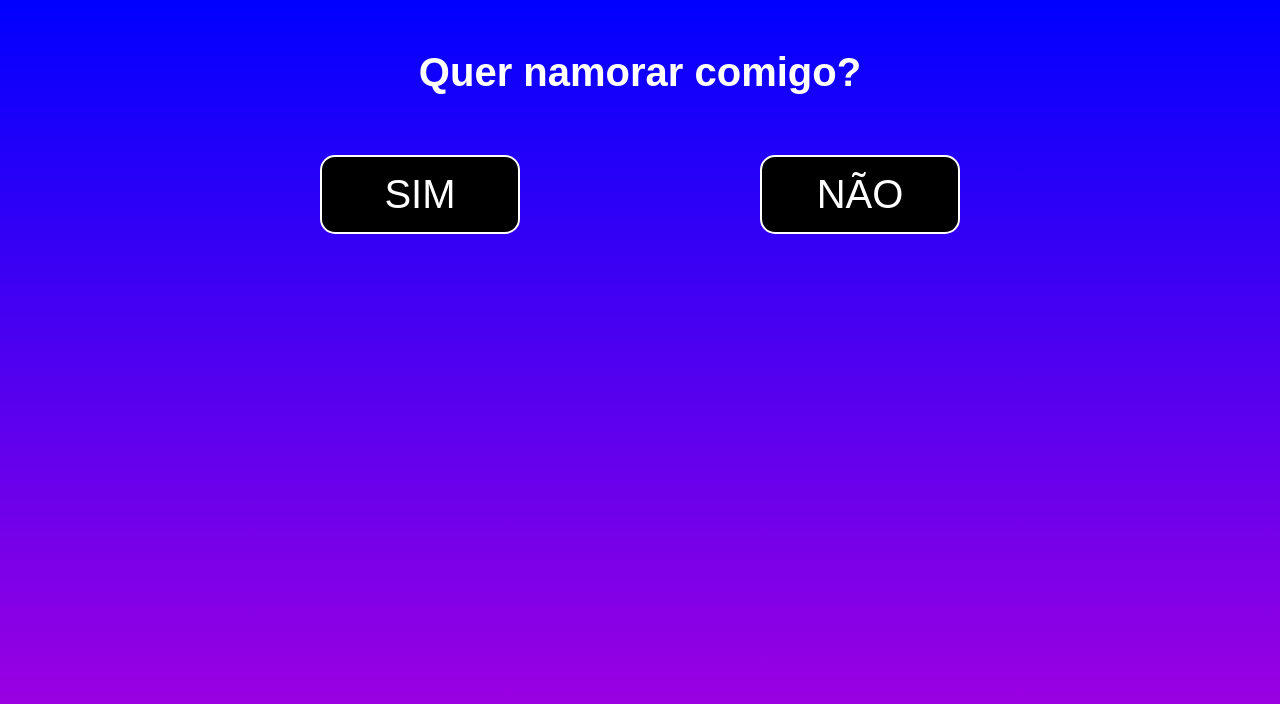
Repository: Matheus904-12/Namorar-
Page: index.html
The author's editor kept a copy of each file at every save. The page is drawn from the files as they stood at one save, then again after a run of saves.
The browser window is 1280 px wide. The pictures show the whole page.

Above is the page before, as saved 2023-08-28 23:28:50.

### index.html
<!DOCTYPE html>
<html lang="en">

<head>
    <meta charset="UTF-8">
    <meta name="viewport" content="width=device-width, initial-scale=1.0">
    <title>Sim</title>

    <style>
        * {
            margin: 0;
            border: 0;
            padding: 0;
            box-sizing: border-box;
        }

        body {
            background: linear-gradient(blue, rgb(158, 0, 225));
            background-repeat: no-repeat;
            background-attachment: fixed;
        }

        .btn {
            color: #fff;
            background-color: #000;
            font: 300 40px 'Poppins', sans-serif;
            padding: 15px 30px;

            width: 200px;
            border-radius: 15px;
            border: 2px solid #fff;
            margin: 10px;

            cursor: pointer;
            transition: ease-in-out 0.3s;

            display: flex;
            align-items: center;
            justify-content: center;
        }

        .tituloPrincipal {
            font: 700 40px 'Poppins', sans-serif;
            color: #fff;
        }

        .titulo {
            text-align: center;
            margin: 50px 0;
        }

        .botoes {
            display: flex;
            justify-content: space-around;
            margin: 0 200px;
        }

        @media screen and (max-width: 768px) {
            .btn {
                display: flex;
                width: 100px;
                font: 300 30px 'Poppins', sans-serif;
            }

            .botoes {
                display: flex;
            }
        }
    </style>
    <script>
        function sim() {
            location.href = 'https://www.youtube.com/watch?v=0VAAS9xnS5U';
        }

        function esquivo(btn) {
            btn.style.position = 'absolute';
            btn.style.bottom = posicao(10, 80);
            btn.style.left = posicao(10, 80);
        }

        function posicao(min, max) {
            return (Math.random() * (max - min + min)) + "%"
        }
    </script>
</head>

<body>
    <div class="titulo">
        <h1 class="tituloPrincipal">Quer namorar comigo?</h1>
    </div>

    <div class="botoes">
        <div class="botaoS">
            <button class="btn" onclick="sim()">SIM</button>
        </div>
        <div class="botaoN">
            <button class="btn" onclick="esquivo(this)" onmouseover="esquivo(this)">NÃO</button>
        </div>
    </div>

</body>

</html>

After the next 2 saves:
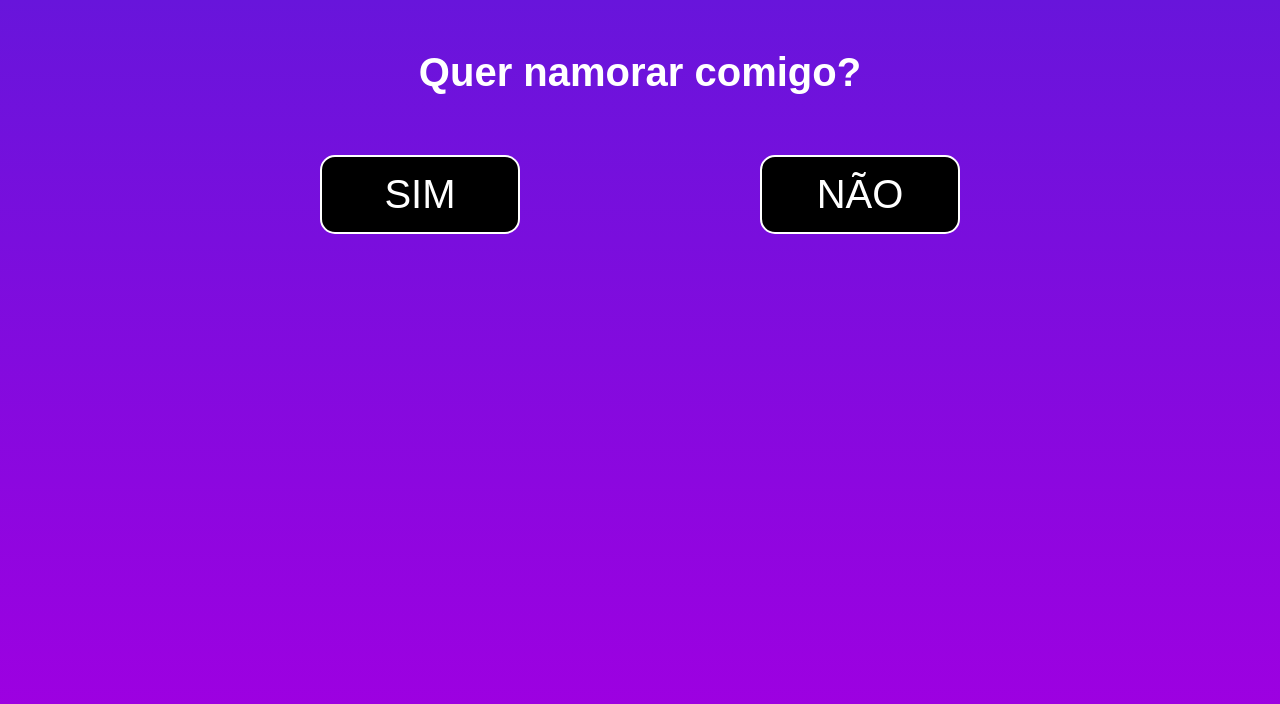
The 2 saves are shown as one change because they came seconds apart.
The last was saved 4 min 3 s later.
--- a/index.html
+++ b/index.html
@@ -15,7 +15,7 @@
         }
 
         body {
-            background: linear-gradient(blue, rgb(158, 0, 225));
+            background: linear-gradient(#6815db, rgb(158, 0, 225));
             background-repeat: no-repeat;
             background-attachment: fixed;
         }
